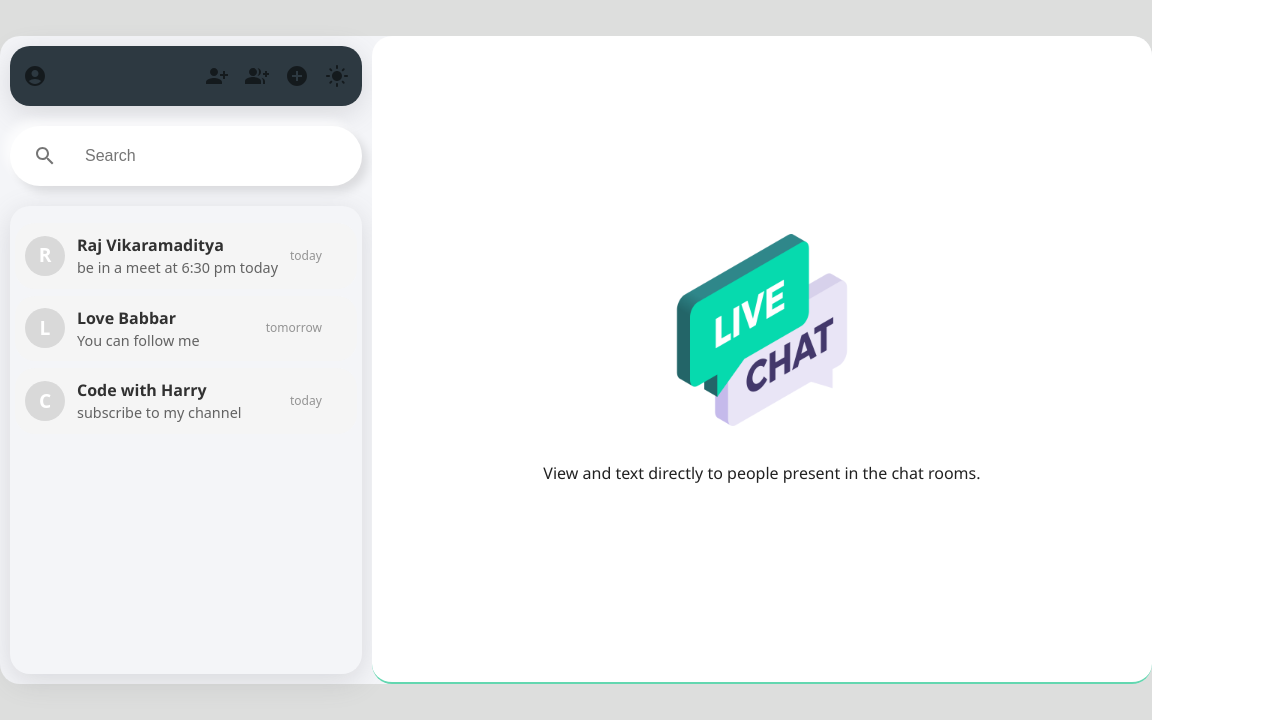
Repository: rahul-chakradhari/chat_app
Page: /app/welcome, after clicking the first element matching `div > :nth-child(4)`
An editor plug-in stored every save of this project. The page is shown before and after the next save, followed by the edit.
The browser window is 1280 px wide. The pictures show the whole page.
The project was rebuilt for these pictures with package versions that can differ from the ones it lists, and the page was loaded fresh each time. Also part of the build but not shown: vite.config.js, src/components/Login.jsx, src/components/Messagebyme.jsx, src/components/Messagebyothers.jsx, src/components/Chatarea.jsx, src/components/Creategroups.jsx, src/components/Users.jsx, src/components/Groups.jsx.

Above is the page before, as saved 2025-03-02 14:36:27.

After the next save:
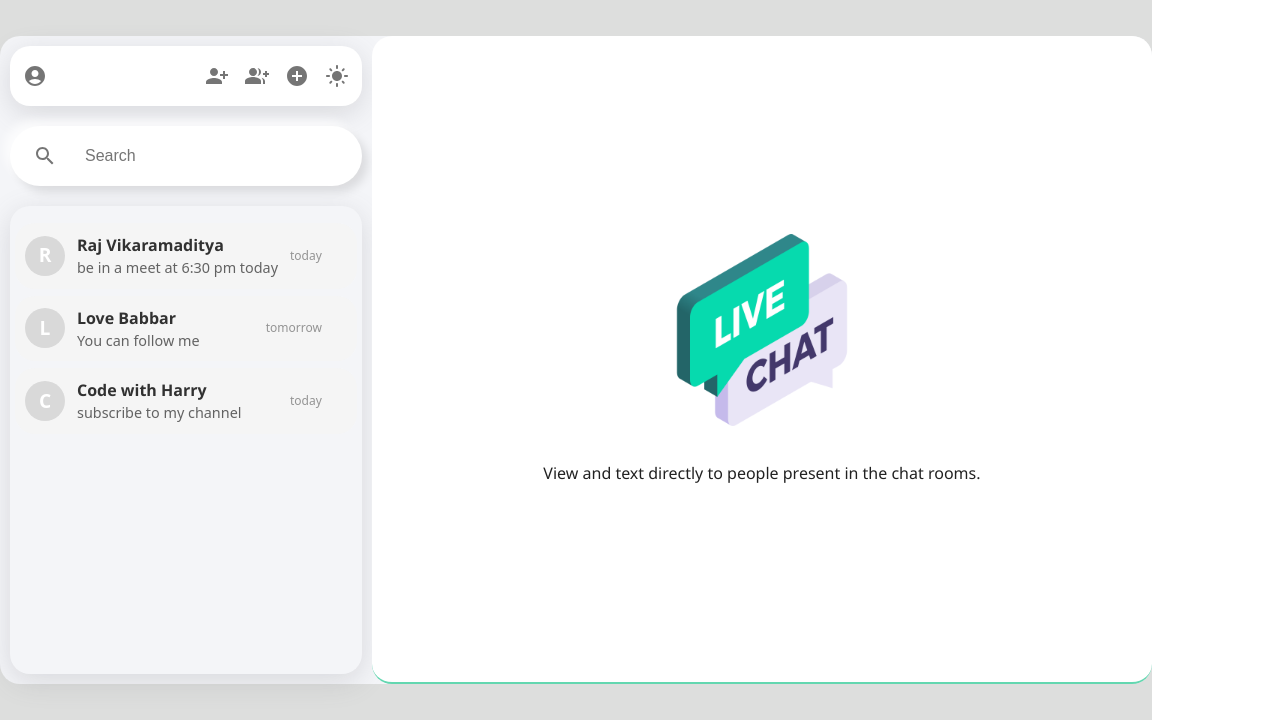
Saved 20 s later.
--- a/src/components/Mystyles.css
+++ b/src/components/Mystyles.css
@@ -447,4 +447,5 @@
 .dark {
   background-color: #2d3941 !important;
   color: whitesmoke !important;
-}
+  background-color: white !important ;
+}

After the save that followed:
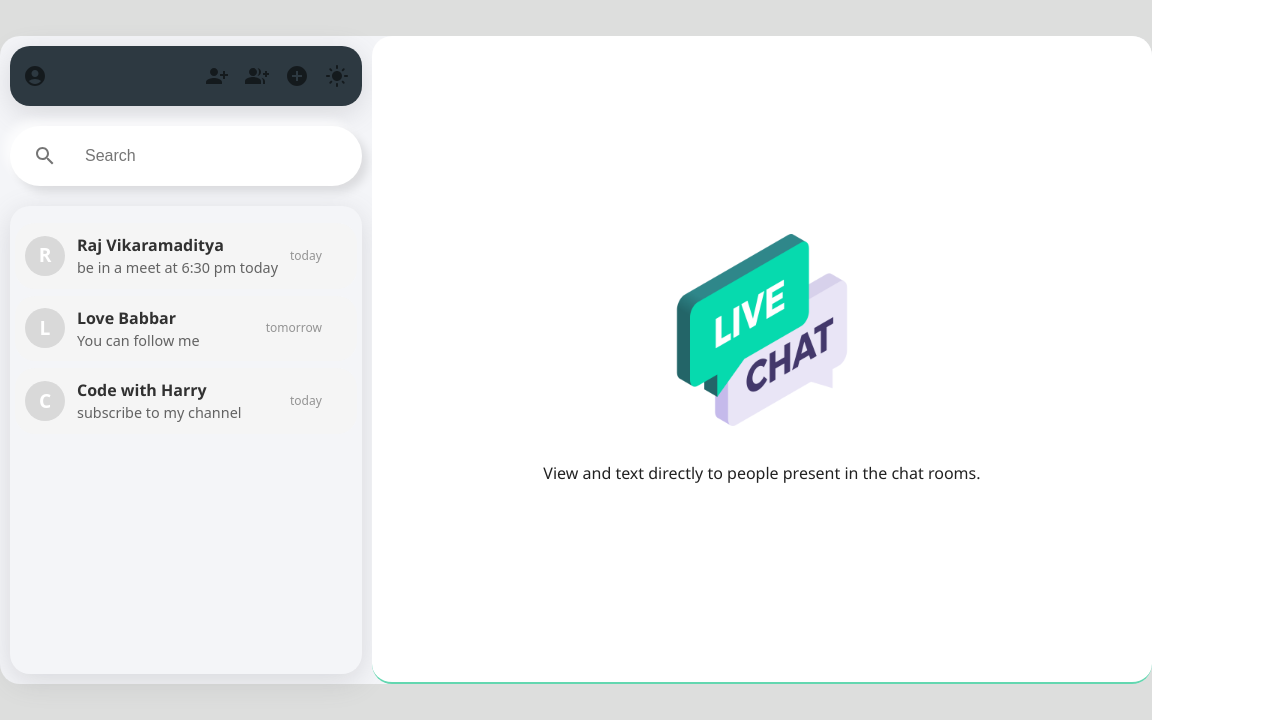
Saved 33 s later.
--- a/src/components/Mystyles.css
+++ b/src/components/Mystyles.css
@@ -446,6 +446,5 @@
 }
 .dark {
   background-color: #2d3941 !important;
-  color: whitesmoke !important;
-  background-color: white !important ;
-}
+  color: white !important;
+}
